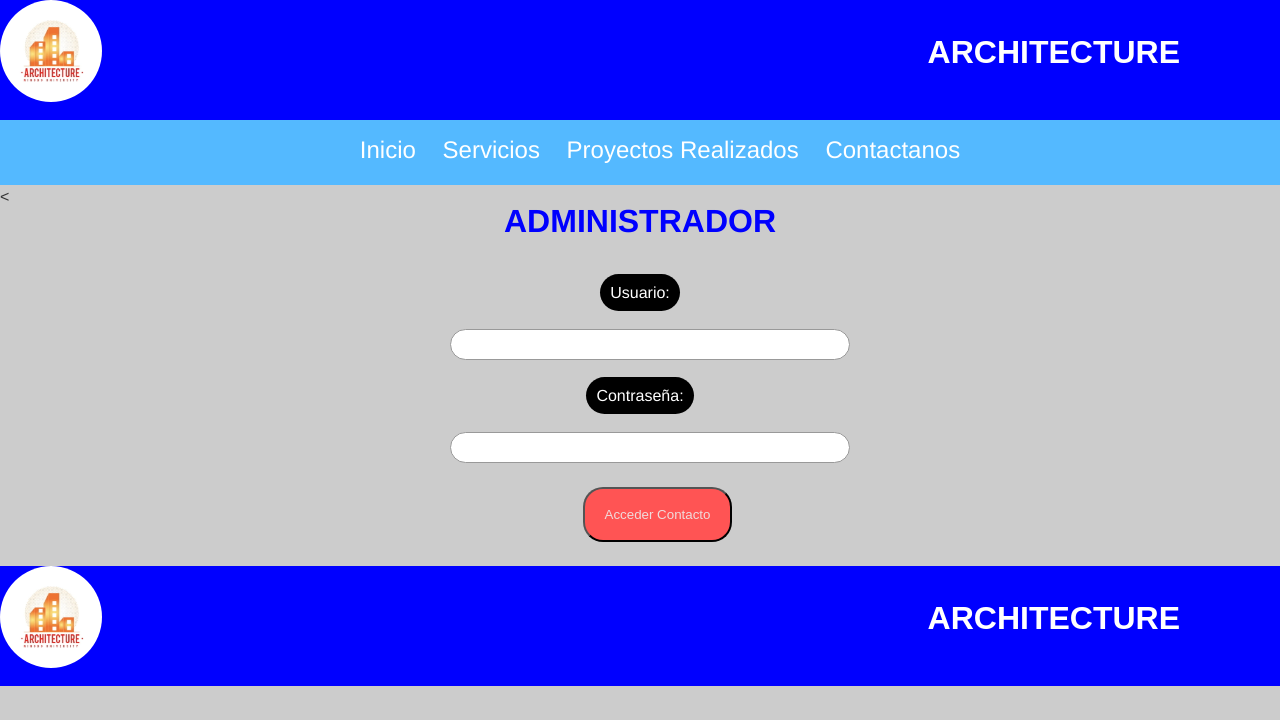
Repository: gabrielestrella18/htdocs
Page: http://localhost/arquitectos/login.php
An editor plug-in stored every save of this project. The page is shown before and after the next save, followed by the edit.
The browser window is 1280 px wide. The pictures show the whole page.
The page is run by PHP 8.4 with error messages shown; the project is at /var/www/html/.

Above is the page before, as saved 2023-12-10 01:21:07.

After the next save:
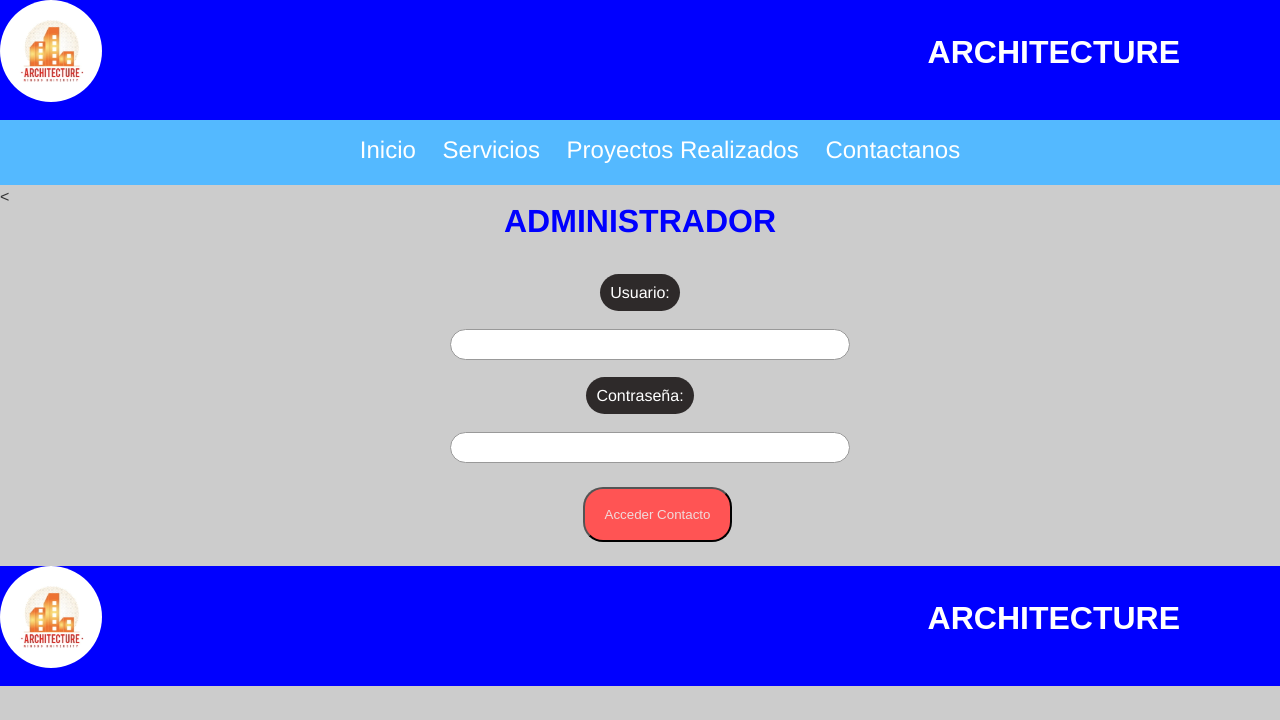
Saved 19 s later.
--- a/arquitectos/estilo.css
+++ b/arquitectos/estilo.css
@@ -307,7 +307,7 @@ h4 {
 
 label {
     color: white;
-    background-color: black;
+    background-color: rgb(46, 42, 42);
     border-radius: 20px;
     padding-top: 10px;
     padding-bottom: 10px;
